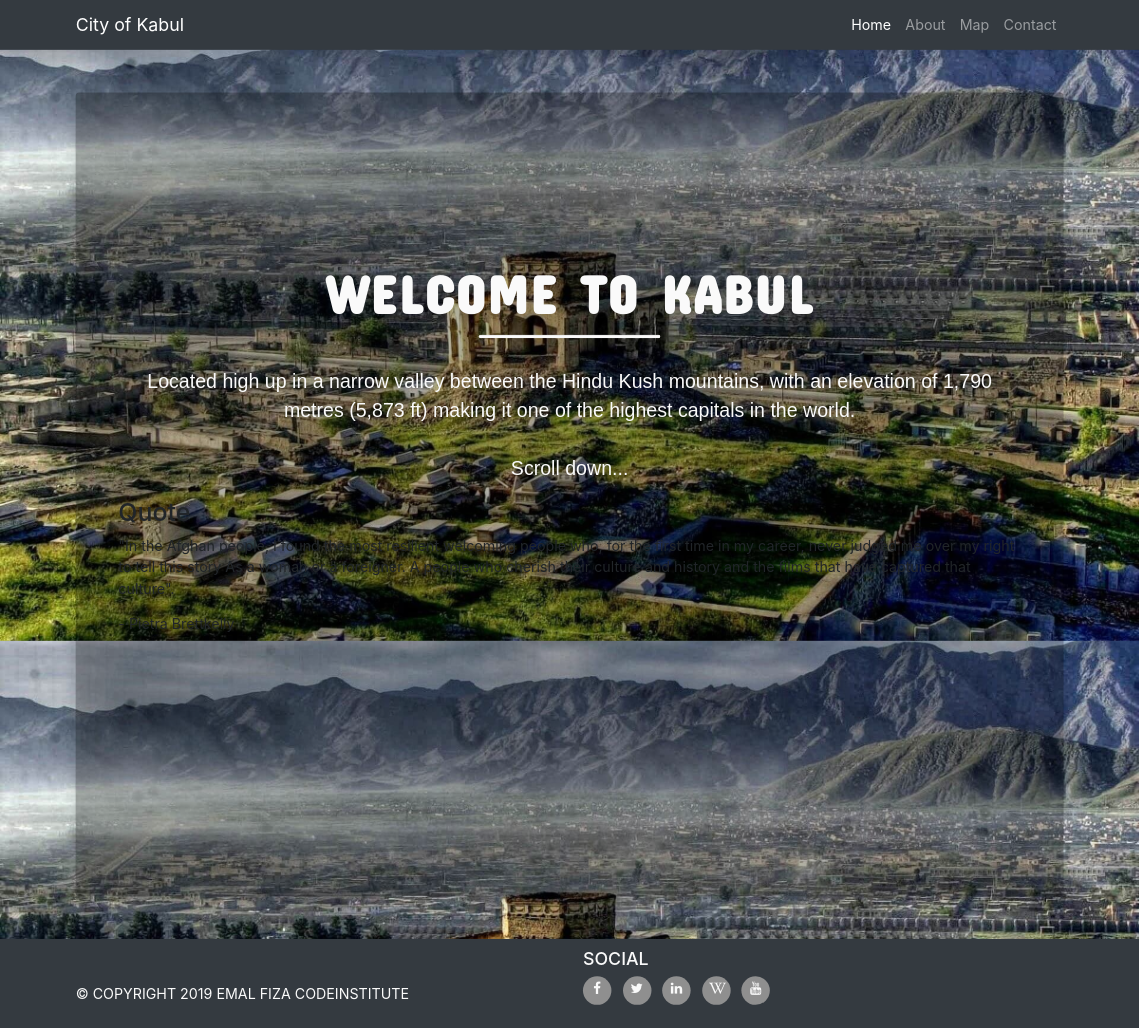
Repository: emalfiza/project-kabul
Page: index.html
The author's editor kept a record of every edit. The page is drawn from the files as they stood at one moment, then again after the next edit.
The browser window is 1280 px wide. The pictures show the whole page, at 89% of full size.
Backgrounds fixed to the window are drawn as part of the page. Some web fonts or font styles are not loaded; a fallback is used. Some web libraries are served in a nearby version.

Above is the page before.

After the next edit:
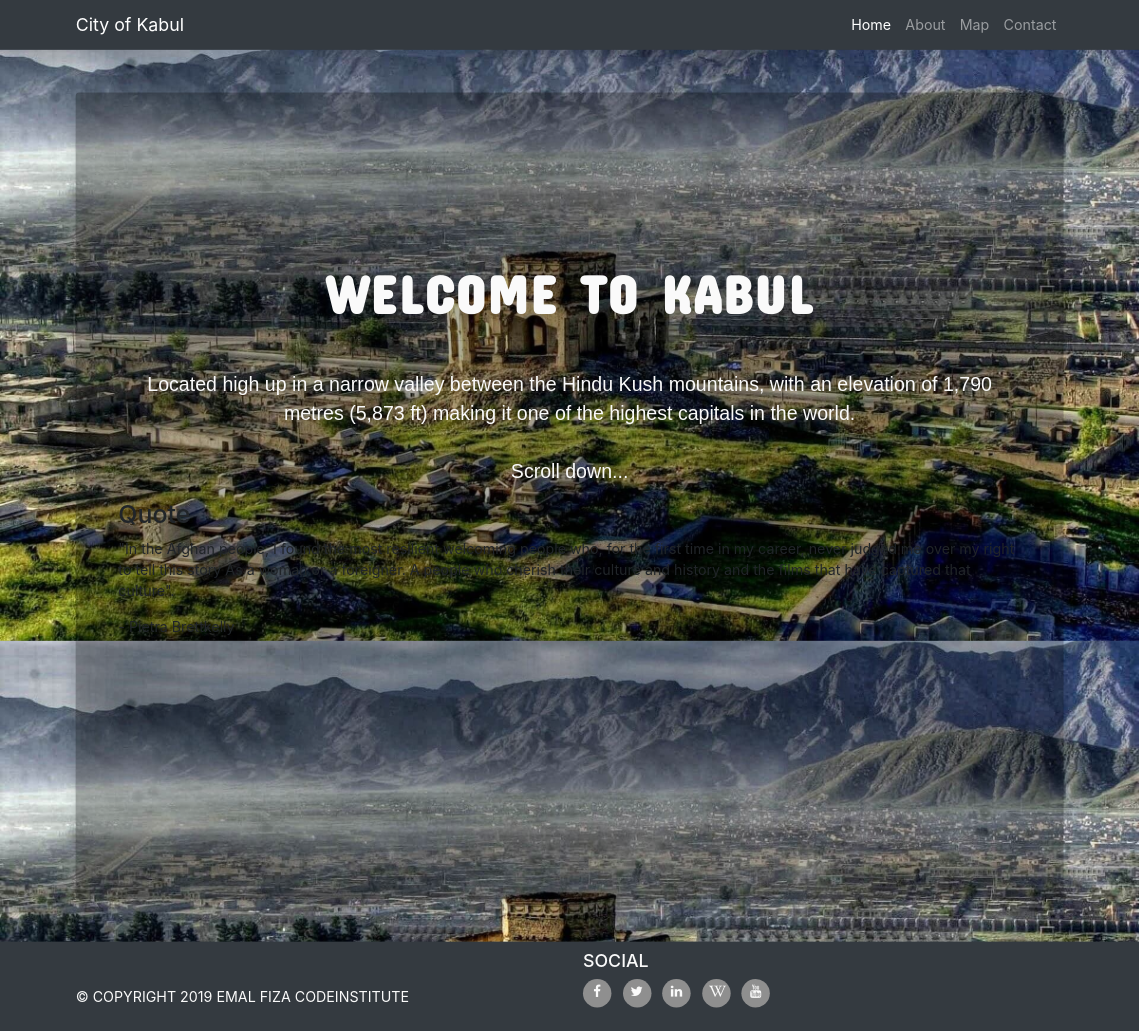
The edit:
--- a/assets/css/style.css
+++ b/assets/css/style.css
@@ -58,21 +58,6 @@
 .section-heading {
   font-family: "Concert One", sans-serif;
   text-align: center;
-}
-
-hr {
-  width: 20%;
-  display: block;
-  margin-top: 0.5em;
-  margin-bottom: 0.5em;
-  margin-left: auto;
-  margin-right: auto;
-  border-style: double;
-  border-width: 1px;
-  border-radius: 2px;
-  height: 2px;
-  color: #fafafa;
-  background-color: #fafafa;
 }
 
 .card {

After the edit that followed:
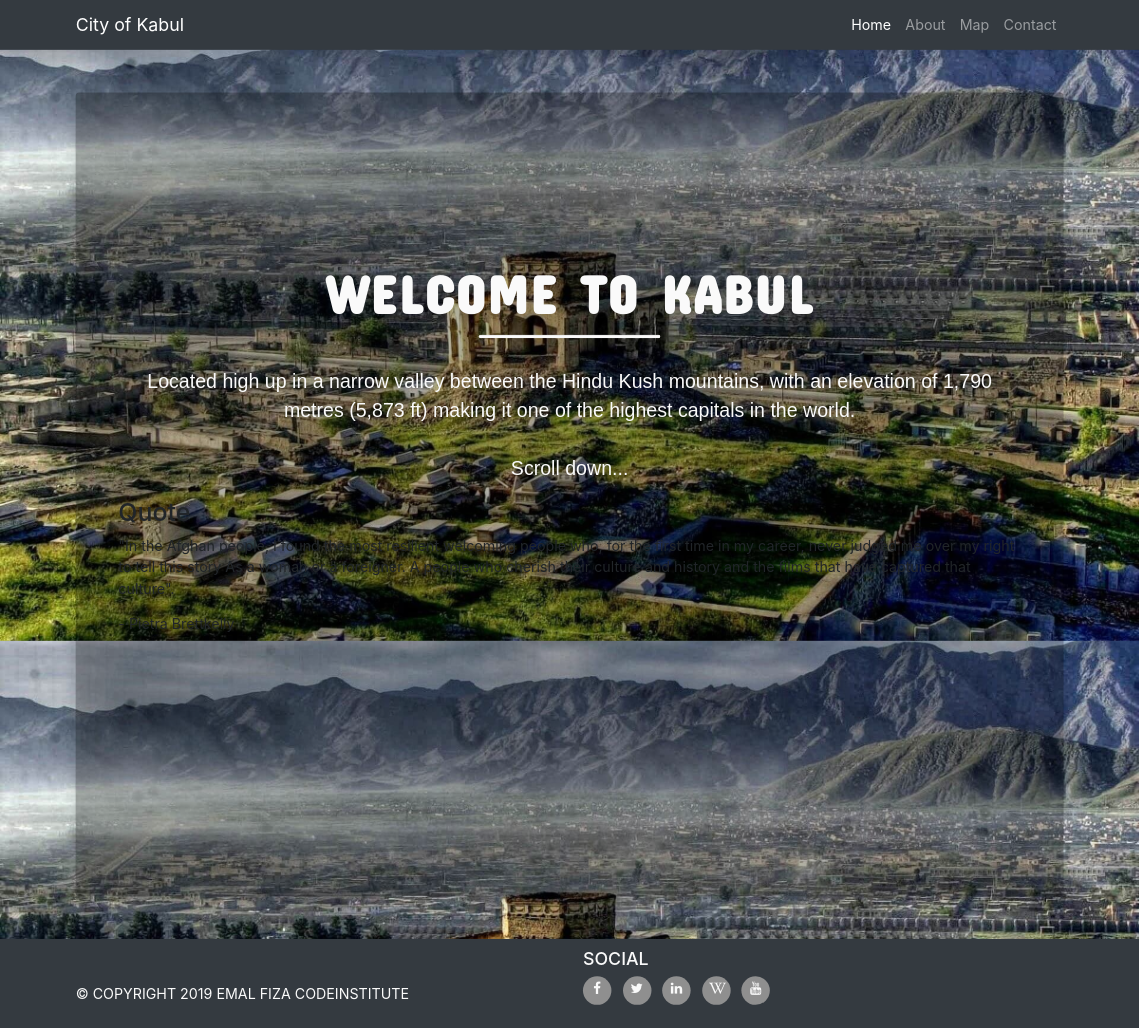
The edit:
--- a/assets/css/style.css
+++ b/assets/css/style.css
@@ -62,6 +62,23 @@
 
 .card {
   background-color: rgba(0, 0, 0, 0.3);
+}
+
+/* --Horizontal line under the heading-----------------------------------------------*/
+
+hr {
+  width: 20%;
+  display: block;
+  margin-top: 0.5em;
+  margin-bottom: 0.5em;
+  margin-left: auto;
+  margin-right: auto;
+  border-style: double;
+  border-width: 1px;
+  border-radius: 2px;
+  height: 2px;
+  color: #fafafa;
+  background-color: #fafafa;
 }
 
 /* --Main content-----------------------------------------------*/
